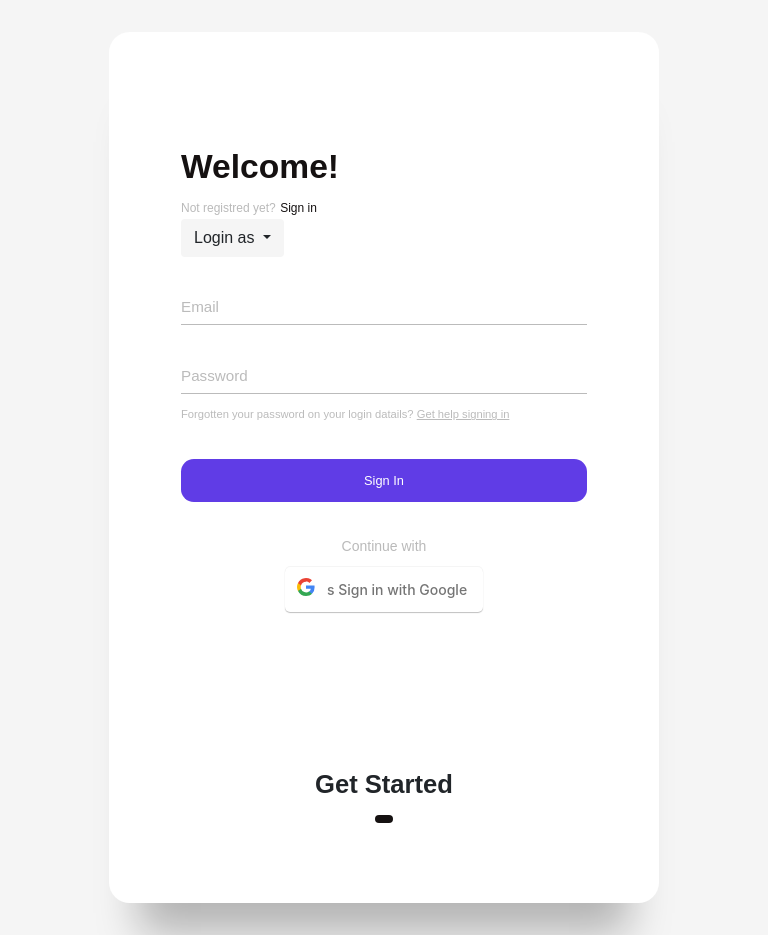
Repository: adrcstro/plate-to-place
Page: http://localhost/Loginsystem/login.php
These files come from the project's save history. The page is drawn as it stood at one moment and after the next save; the edit follows.
The browser window is 768 px wide. The pictures show the whole page.
Some web fonts or font styles are not loaded; a fallback is used. Some web libraries are served in a nearby version. The page is run by PHP 8.4 with error messages shown; the project is at /var/www/html/.

Above is the page before, as saved 2023-10-31 13:25:07.

After the next save:
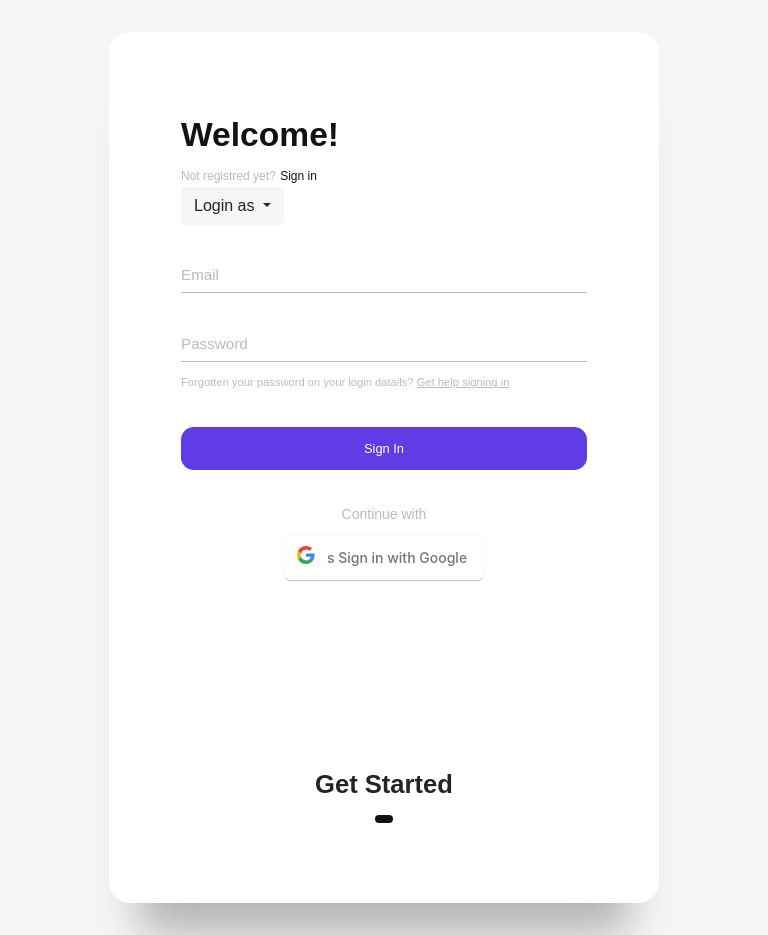
Saved 104 s later.
--- a/Loginsystem/login.css
+++ b/Loginsystem/login.css
@@ -454,6 +454,9 @@ margin-top: 2rem;
 #secropdown{
   margin-top: -2rem;
 }
+.sign-in-form{
+  margin-top: -2rem;
+}
 }
 
 
